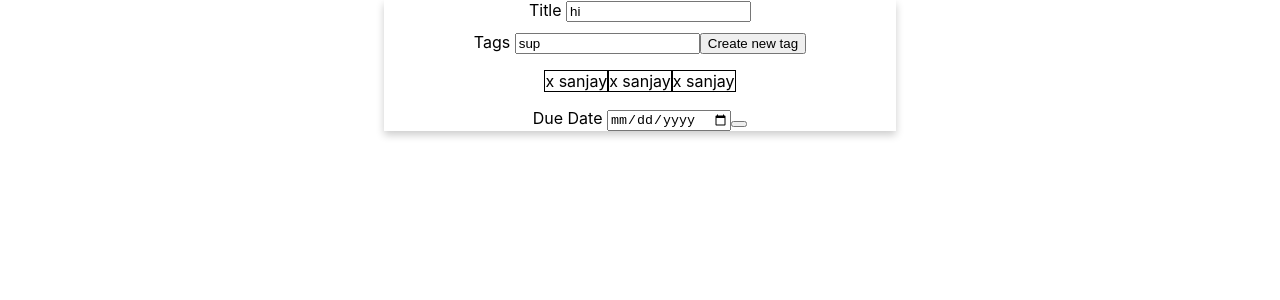
Repository: sanjayMamidipaka/reactappbits
Page: /
These files come from the project's save history. The page is drawn as it stood at one moment and after the next save; the edit follows.
The browser window is 1280 px wide. The pictures show the whole page.
The project was rebuilt for these pictures with package versions that can differ from the ones it lists, and the page was loaded fresh each time.

Above is the page before, as saved 2022-01-18 12:04:14.

### src/App.tsx
import logo from './logo.svg';
import './App.css';
import TodoList from './components/TodoList';

function App() {
  return (
    <div className="App">
      <TodoList/>
    </div>
  );
}

export default App;

### src/components/TodoList.tsx
import React, { EventHandler } from 'react'
import './TodoList.css'
import { useState } from 'react'
import Tag from './Tag'
/**
 * Thank you for applying to Bits of Good. You are free to add/delete/modify any
 * parts of this project. That includes changing the types.ts, creating css files,
 * modifying import statements, using contexts, etc. We do recommend to keep it simple.
 * You will not be judged based on complexity. We also recommend using
 * multiple components instead of coding everything on this file :)
 *
 * Have fun! Please reach out to hello@bitsofgood.org or wkim330@gatech.edu if you
 * have any questions!
 *
 * Bits of Good Engineering Team
 *
 */
// TODO: Start coding from here

// Here's a baseline todo item type.
// Feel free to extend or create your own interface!
export type TodoItem = {
  title: string,
  dueDate: Date,
  tagList: string[],
  completed: boolean,
}

export default function TodoList() {
  const [name, setName] = useState('hi');
  const [email, setEmail] = useState('sup');

  const whenSubmitted = (e: any) => {
      e.preventDefault();
      // setDataNew((dataNew) => {
      //   return [...dataNew, { id: index, name, email }];
      // });
      // setNewIndex(index + 1);
      setName("");
      setEmail("");
    };

  const example: TodoItem = {
    title: 'Example todo',
    dueDate: new Date(),
    tagList: ['example', 'todo'],
    completed: false,
  }
  return (
  <div className="card">
    <label htmlFor="nameLabel">Title </label>
        <input
          type="text"
          value={name}
          onChange={(e) => setName(e.target.value)}
        />
        <div style={{padding: '5px'}}></div>

        <label htmlFor="nameLabel">Tags </label>
        <input
          type="text"
          value={email}
          onChange={(e) => setEmail(e.target.value)}
        />
        <button type="submit" onClick={whenSubmitted}>
          Create new tag
        </button>

        <div>
          <Tag name='sanjay'></Tag>
          <Tag name='sanjay'></Tag>
          <Tag name='sanjay'></Tag>
        </div>

        <label htmlFor="nameLabel">Due Date </label>
        <input
          type="date"
          value={email}
          onChange={(e) => setEmail(e.target.value)}
        />

        <button type='submit'></button>

</div>
  )
}

### src/components/TodoList.css
.card {
  /* Add shadows to create the "card" effect */
  box-shadow: 0 4px 8px 0 rgba(0,0,0,0.2);
  transition: 0.3s;
  width: 40%;
  margin: 0 auto;
}

/* On mouse-over, add a deeper shadow */
.card:hover {
  box-shadow: 0 8px 16px 0 rgba(0,0,0,0.2);
}

/* Add some padding inside the card container */
.container {
  padding: 2px 16px;
}

### src/components/Tag.tsx
import React from 'react'
import './Tag.css'

function Tag({name}: {name: string}) {
    return (
        <p className='Tag'>
            x {name}
        </p>
    )
}

export default Tag

### src/components/Tag.css
.Tag {
    border: 'blue';
    border-style: solid;
    border-width: 1px;
    display: inline-block;
}

Loaded but not shown: public/index.html (common file); src/index.tsx (common file); src/index.css (common file); src/reportWebVitals.js (common file); src/App.css (common file)

After the next save:
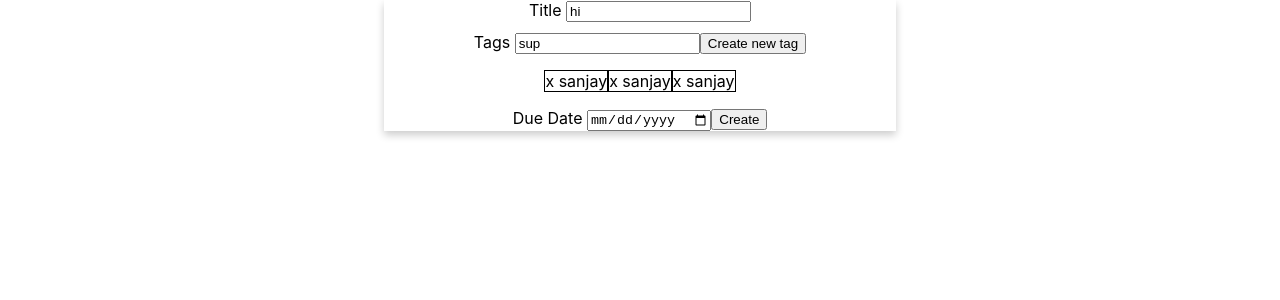
Saved 4 s later.
--- a/src/components/TodoList.tsx
+++ b/src/components/TodoList.tsx
@@ -79,7 +79,7 @@ export default function TodoList() {
           onChange={(e) => setEmail(e.target.value)}
         />
 
-        <button type='submit'></button>
+        <button type='submit'>Create</button>
 
 </div>
   )
